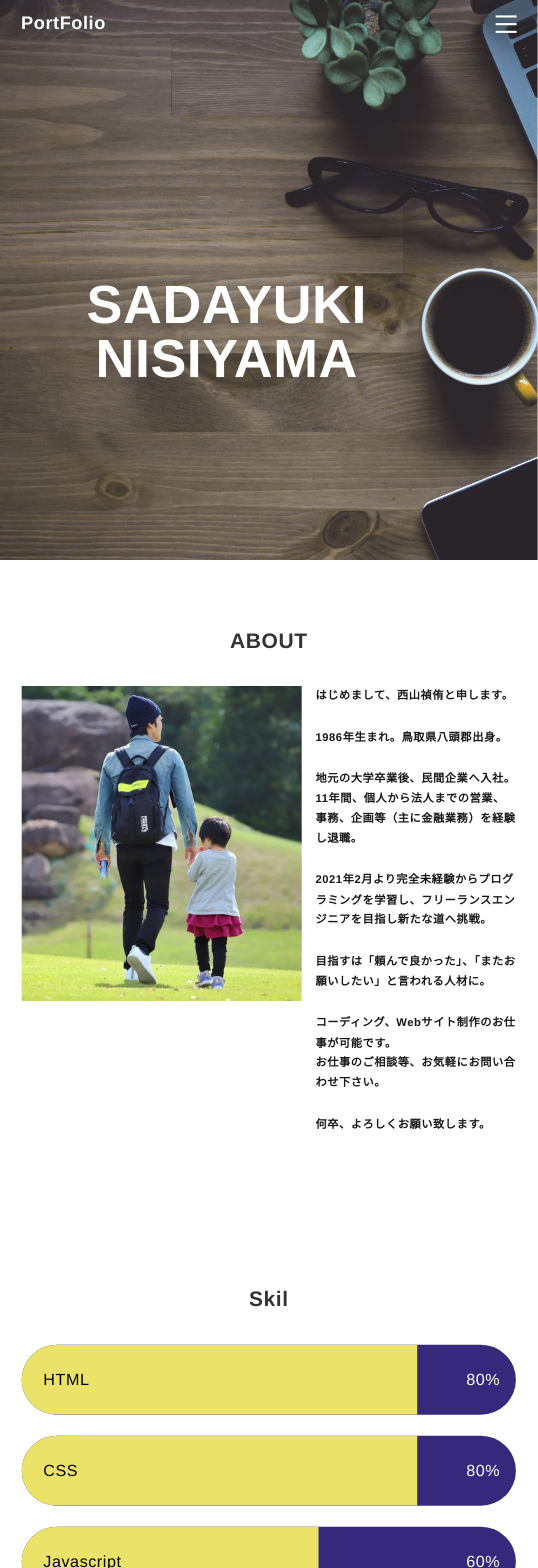
Repository: sadayuki15/portfolio
Page: index.html
An editor plug-in stored every save of this project. The page is shown before and after a run of saves, followed by the edit.
The browser window is 768 px wide. The pictures show the part of the page from y = 0 to 2240 px (the page is 3907 px tall), at 70% of full size.

Above is the page before, as saved 2021-04-26 02:01:02.

### index.html
<!DOCTYPE html>
<html lang="ja">
<head>
  <meta charset="UTF-8">
  <meta http-equiv="X-UA-Compatible" content="IE=edge">
  <meta name="viewport" content="width=device-width, initial-scale=1.0">
  <link rel="stylesheet" href="./css/reset.css">
  <link rel="stylesheet" href="./css/style.css">
  <title>Document</title>
</head>
<body>
  <!-- header -->
  <header class="header">
    <div class="header-inner">
      <h1 class="header-title">PortFolio</h1>
      <nav class="header-nav">
        <ul class="nav-list">
          <li class="nav-item"><a href="#">Home</a></li>
          <li class="nav-item"><a href="#">About</a></li>
          <li class="nav-item"><a href="#">Skil</a></li>
          <li class="nav-item"><a href="#">Work</a></li>
          <li class="nav-item"><a href="#">Contact</a></li>
        </ul>
      </nav>
      <button id="burger-btn">
        <span class="bar bar_top"></span>
        <span class="bar bar_mid"></span>
        <span class="bar bar_bottom"></span>
      </button>
    </div>
  </header>
  <!-- //header -->

  <main>
  <!-- fv -->
  <div class="fv">
    <div class="main-copy">
      <p class="main-title">
        SADAYUKI<br>
        NISIYAMA
      </p>
    </div>
  </div>
  <!-- //fv -->

  <!-- About -->
  <div class="section-wrapper">
    <h2 class="section-title">ABOUT</h2>
    <div class="section-inner about">
      <div class="about-img-wrapper">
        <img calss="ab-img" src="./img/about1.jpg" alt="">
      </div>
      <div class="about-contents">
        <p class="about-text">
          はじめまして、西山禎侑と申します。
        </p>
        <p class="about-text">
          1986年生まれ。鳥取県八頭郡出身。
        </p>
        <p class="about-text">
          地元の大学卒業後、民間企業へ入社。11年間、個人から法人までの営業、事務、企画等（主に金融業務）を経験し退職。
        </p>
        <p class="about-text">
          2021年2月より完全未経験からプログラミングを学習し、フリーランスエンジニアを目指し新たな道へ挑戦。
        </p>
        <p class="about-text">
          目指すは「頼んで良かった」、「またお願いしたい」と言われる人材に。
        </p>
        <p class="about-text">
          コーディング、Webサイト制作のお仕事が可能です。<br>
          お仕事のご相談等、お気軽にお問い合わせ下さい。
        </p>
        <p class="about-text">
          何卒、よろしくお願い致します。
        </p>
      </div>
    </div>
  </div>
  <!-- //About -->

  <!-- skil -->
  <div class="section-wrapper">
    <h2 class="section-title">Skil</h2>
    <div class="section-inner">
      <div class="chart">
        <div id="board">
          <div class="row">
            <span class="label">HTML</span>
            <div class="bar-wrap">
              <div class="bar" data-value="80"></div>
            </div>
            <span class="number">80%</span>
          </div><!-- row -->
          <div class="row">
            <span class="label">CSS</span>
            <div class="bar-wrap">
              <div class="bar" data-value="80"></div>
            </div>
            <span class="number">80%</span>
          </div><!-- row -->
          <div class="row">
            <span class="label">Javascript</span>
            <div class="bar-wrap">
              <div class="bar" data-value="60"></div>
            </div>
            <span class="number">60%</span>
          </div><!-- row -->
          <div class="row">
            <span class="label">jQuery</span>
            <div class="bar-wrap">
              <div class="bar" data-value="60"></div>
            </div>
            <span class="number">60%</span>
          </div><!-- row -->
        </div><!-- board -->
      </div><!-- chart -->
    </div>
  </div>
  <!-- //skil -->

  <!-- works -->
  <div class="section-wrapper">
    <h2 class="section-title">Work</h2>
    <div class="section-inner">
      <ul class="work-list">
        <li class="work-item">
          <a href="">
            <div class="work-img">
              <img src="./img/top2.jpg" alt="">
            </div>
            <p class="work-text">テキストが入ります。テキストが入ります。テキストが入ります。</p>
          </a>
        </li>
        <li class="work-item">
          <a href="">
            <div class="work-img">
              <img src="./img/top2.jpg" alt="">
            </div>
            <p class="work-text">テキストが入ります。テキストが入ります。テキストが入ります。テキストが入ります。</p>
          </a>
        </li>
        <li class="work-item">
          <a href="">
            <div class="work-img">
              <img src="./img/top2.jpg" alt="">
            </div>
            <p class="work-text">テキストが入ります。テキストが入ります。テキストが入ります。テキストが入ります。テキストが入ります。</p>
          </a>
        </li>
      </ul>
    </div>
  </div>
  <!-- //works -->

  <!-- contact -->
  <div class="section-wrapper">
    <h2 class="section-title">Contact</h2>
    <div class="section-inner">
      <form action="https://docs.google.com/forms/u/0/d/e/1FAIpQLSfCjsqzzj8C34UUE0Mi2WnerATBCsd4cWR83YcoPwhWItEpFQ/formResponse">
        <ul class="contact-list">
          <li class="contact-item">
            <label for="name" class="contact-label">お名前</label>
          </li>
          <li class="contact-item">
            <input id="name" class="input-text" type="text" name="entry.32834570" placeholder="制作太郎">
          </li>
        </ul>
        <ul class="contact-list">
          <li class="contact-item">
            <label for="name" class="contact-label">フリガナ</label>
          </li>
          <li class="contact-item">
            <input id="name" class="input-text" type="text" name="entry.382189680" placeholder="フリガナ">
          </li>
        </ul>
        <ul class="contact-list">
          <li class="contact-item">
            <label for="email" class="contact-label">メールアドレス</label>
          </li>
          <li class="contact-item">
            <input id="email" class="input-text" type="text" name="entry.303714741" placeholder="example@mail.co.jp">
          </li>
        </ul>
        <ul class="contact-list">
          <li class="contact-item">
            <label for="msg" class="contact-label">お問い合わせ内容</label>
          </li>
          <li class="contact-item">
            <textarea id="msg" name="entry.1496098719" placeholder="お気軽にお問い合わせください。"></textarea>
          </li>
        </ul>
        <div class="contact-btn">
          <button class="submit-btn" type="submit" name="button" value="送信">送信する</button>
        </div>
      </form>
    </div>
  </div>
  <!-- //contact -->







  </main>



  <script src="jquery-3.6.0.min.js"></script>
  <script src="index.js"></script>
</body>
</html>

### css/style.css
html {
  font-size: 62.5%;
}
body {
  font-size: 1.6rem;
  letter-spacing: .05em;
  color: #171717;
  font-family: Helvetica, '游ゴシック', 'Yu Gothic', YuGothic, HiraKakuProN-W3, 'メイリオ', Meiryo, sans-serif;
}
ul {
  text-decoration: none;
}
li {
  list-style: none;
}
a {
  text-decoration: none;
}
img {
  width: 100%;
  vertical-align: bottom;
}
/*-------共通-------*/
.section-wrapper {
  padding: 100px 0 100px;
  margin-bottom: 50px;
}
.section-title{
  max-width: 1000px;
  color: #333;
  font-size: 6rem;
  margin: 0 auto 80px;
  padding: 0 30px;
  text-align: center;
}
.section-inner {
  max-width: 1000px;
  margin: 0 auto;
  padding: 0 50px;
}


/*-------header-------*/
.header {
  width: 100%;
  padding: 19px 30px;
  position: absolute;
  top: 0;
  left: 0;
  z-index: 1;
  transition: .3s;
  color: #fff;
  box-sizing: border-box;
}
.header-inner {
  max-width: 1200px;
  margin: 0 auto;
  display: flex;
  justify-content: space-between;
  align-items: center;
  box-sizing: border-box;
}
.header-title {
  font-size: 2.6rem;
}
.nav-list {
  display: flex;
}
.nav-item a {
  display: block;
  color: #fff;
  font-weight: bold;
  text-decoration: none;
  transition: .3s;
}
.nav-item {
  margin-right: 30px;
}
.nav-item:last-of-type {
  margin-right: 0;
}
.nav-item a:hover {
  opacity: .7;
  transition: .3s;
  text-decoration: 3px underline;
}
#burger-btn {
  display: none;
}

/*-------fv-------*/
.fv {
  width: 100%;
  height: 100vh;
  min-height: 550px;
  background-image: url(../img/fv-top.jpg);
  background-size: cover;
  background-position: center;
  /* position: relative; */
}
.main-copy {
  position: absolute;
  bottom: 19%;
  left: 8.3%;
  color: #fff;
  font-weight: bold;
}
.main-title{
  font-size: 10vw;
  text-align: center;
}

.about{
  display: flex;
  justify-content: space-between;
}
.about-img-wrapper {
  max-width: 400px;
  margin-right: 20px;
}
.ab-img {
  width: 100%;
}
.about-text {
  max-width: 500px;
  margin-bottom: 30px;
  line-height: 1.8;
  font-weight: bold;
}

/*-------skil-------*/
.content {
  width: 100%;
  height: 200px;
  line-height: 200px;
  text-align: center;
}
.chart {
  max-width: 1000px;
  margin: 0 auto;
}
.chart .row {
  position: relative;
  height: 100px;
  margin-bottom: 25px;
}
.chart .row span {
  color: #000;
  font-size: 1.8rem;
}
.chart .row span.label {
  position: absolute;
  top: 35px;
  left: 3%;
  padding-left: 10px;
  text-align: left;
  line-height: 30px;
  z-index: 10;
}
.chart .row .bar-wrap {
  position: relative;
  background: #36297c;
  width: 100%;
  height: 100%;
  overflow: hidden;
  border-radius: 50px;
}
.chart .row .bar-wrap .bar {
  position: absolute;
  top: 0;
  left: 0;
  height: 100%;
  background: #ebe26a;
  transition: all 1s;
  transform: translateX(-100%);
}
.chart .row .bar-wrap .bar.no {
  transform: translateX(0%);
}
.chart .row span.number {
  position: absolute;
  top: 35px;
  right: 3%;
  width: 40px;
  padding-right: 10px;
  text-align: right;
  line-height: 28px;
  z-index: 10;
  color: #fff;
}

/*-------work-------*/
.work-list {
  max-width: 1000px;
  margin: 0 auto;
  display: flex;
  justify-content: space-between;
}
.work-item {
  width: 32%;
}
.work-item a {
  color: #333;
}
.work-text {
  padding: 25px 20px;
}

/*-------contact-------*/
.contact-list {
  max-width: 700px;
  margin: 0 auto 30px;
  padding: 0 50px;
}
.contact-item {
  margin-bottom: 5px;
}
.contact-item:last-of-type {
  margin-bottom: 0;
}
.contact-label {
  display: block;
  font-weight: bold;
  font-size: 20px;
  padding: 0 8px;
}
input,textarea {
  resize: none;
  appearance: none;
  -webkit-appearance: none;
  outline: none;
  border: 3px solid #333;
  width: 100%;
  color: #333;
  box-sizing: border-box;
  border-radius: 10px;
  font-size: 20px;
}
.input-text {
  padding: 0 8px;
  line-height: 35px;
}
.input-text:focus {
  background-color: #eaf6fd;
}
textarea {
  height: 150px;
  padding: 0 8px;
  line-height: 30px;
}
textarea:focus {
  background-color: #eaf6fd;
}
.contact-btn {
  text-align: center;
  max-width: 700px;
  margin: 0 auto;
}
button {
  background-color: transparent;
  border: none;
  cursor: pointer;
  outline: none;
  padding: 0;
  appearance: none;
}
.submit-btn {
  display: block;
  width: 235px;
  line-height: 60px;
  margin: 0 auto;
  background-color: #d61010;
  box-shadow: 0 0 6px #1B1310;
  border-radius: 30px;
  text-align: center;
  color: #171717;
  font-weight: bold;
  transition: .3s;
  border: none;
  font-size: 20px;
}
.submit-btn:hover {
  opacity: .9;
  transition: .3s;
  cursor: pointer;
}

/*-------media-------*/
@media screen and (min-width: 1000px) {
  .chart .row {
    margin-bottom: 30px;
  }
  .chart .row span {
    color: #000;
    font-size: 3rem;
  }
}

@media screen and (max-width: 1000px) {
  .chart .row {
    margin-bottom: 30px;
  }
  .chart .row span {
    color: #000;
    font-size: 3vw;
  }
}

@media screen and (max-width:768px) {
  /*-------- base_sp -------*/
  .section-wrapper {
    padding: 100px 0 40px;
  }
  .section-title {
    padding: 0 4vw;
    font-size: 3rem;
    margin-bottom: 50px;
  }
  .section-title:after {
    width: 90px;
  }
  .section-inner {
    padding: 0 4vw;
  }

  /*-------- header -------*/
  .header-nav {
    position: fixed;
    top: -110%;
    left: 0;
    right: 0;
    width: 100%;
    height: 100vh;
    background: rgba(0,0,0,0.9);
    color: #ffffff;
    display: flex;
    align-items: center;
    justify-content: center;

    /* 上からスライド */
    transition: top 0.5s;
  }
  .nav-list {
    display: block;
  }
  .nav-item {
    margin-bottom: 20px;
  }

#burger-btn .bar {
  display: block;
  background-color: #fff;
  width: 30px;
  height: 3px;
  transition: .3s;
}
.bar_top,
.bar_mid {
  margin-bottom: 8px;
}

#burger-btn.cross .bar_top {
  transform: rotate(45deg) translate(8px,8px);
  transition: .3s;
}
#burger-btn.cross .bar_mid {
  opacity: 0;
  transition: .3s;
}
#burger-btn.cross .bar_bottom {
  transform: rotate(-45deg) translate(8px,-8px);
  transition: .3s;
}
body.noscroll {
  overflow: hidden;
}

/* ナビゲーションボタン（開く） */
#burger-btn{
  display: block;
  top: 15px;
  padding: 0;
  outline: none;
  border: none;
  background: none;
  width: 30px;
  height: 20px;
  cursor: pointer;
}
.open .header-nav{
  top: 0;
}
.open #burger-btn{
  z-index: 100;
}

/*-------- fv -------*/
.main-copy {
  top: 60%;
  left: 50%;
  transform: translate(-65%,-50%);
}
.en-copy {
  font-size: 9.8vw;
  white-space: nowrap;
}
}

### index.js
function generateChart(wrapper) {
  let values = [];

  $(wrapper + ' .bar').each(function(index, el) {
    values.push($(this).data('value'));
  });

  $(wrapper + ' .bar').each(function(index, el) {
    let bar = $(this);
    let value = bar.data('value');

    bar.width(value + '%');

    let board = $('#board');
    let boardO = board.offset().top;
    let boardH = board.height();
    let windowH = $(window).height();
    let windowS = $(window).scrollTop();

    if(windowS > boardO - windowH + (windowH / 2) && windowS < boardO + boardH - (boardH / 2)){
      bar.addClass('no');
    }
  });
}

$(window).on('scroll', function(event) {
  generateChart('#board');
});

document.getElementById("burger-btn").onclick = function(){
  document.querySelector('html').classList.toggle('open');
  $(this).toggleClass('cross');
  $('body').toggleClass('noscroll');
}

Loaded but not shown: css/reset.css (common file); jquery-3.6.0.min.js (library)

After the next 2 saves:
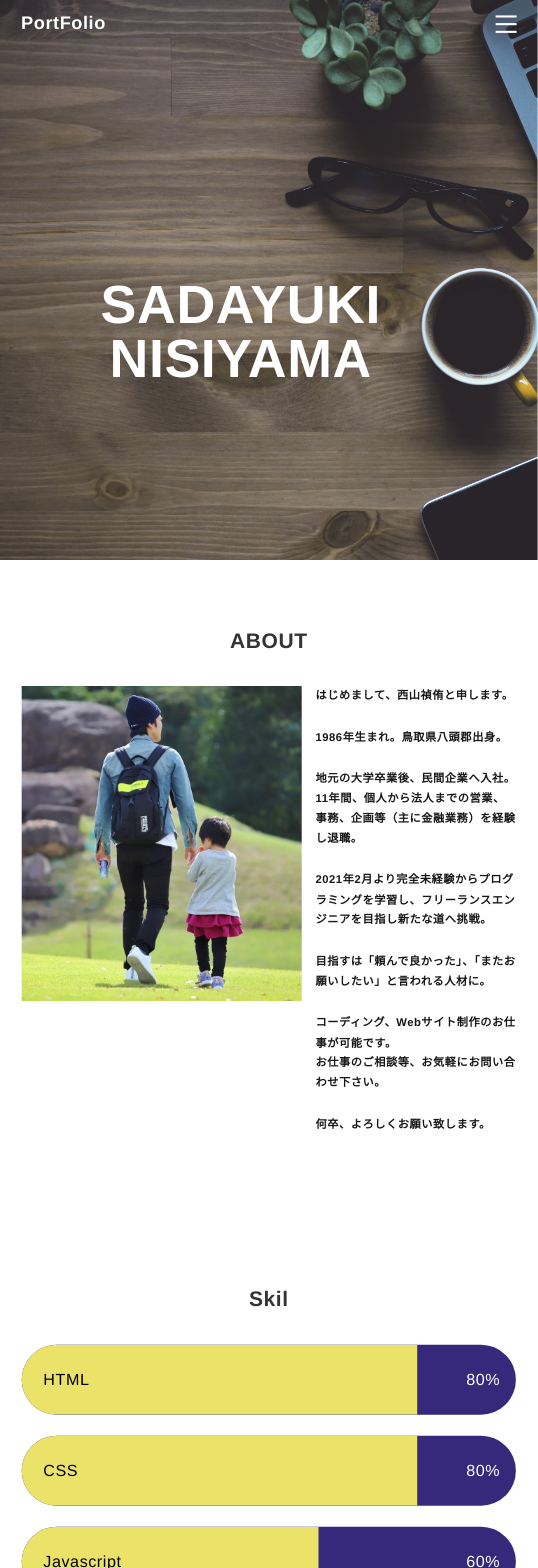
The 2 saves are shown as one change because they came seconds apart.
The last was saved 6 s later.
--- a/css/style.css
+++ b/css/style.css
@@ -398,7 +398,7 @@ body.noscroll {
 .main-copy {
   top: 60%;
   left: 50%;
-  transform: translate(-65%,-50%);
+  transform: translate(-60%,-50%);
 }
 .en-copy {
   font-size: 9.8vw;
